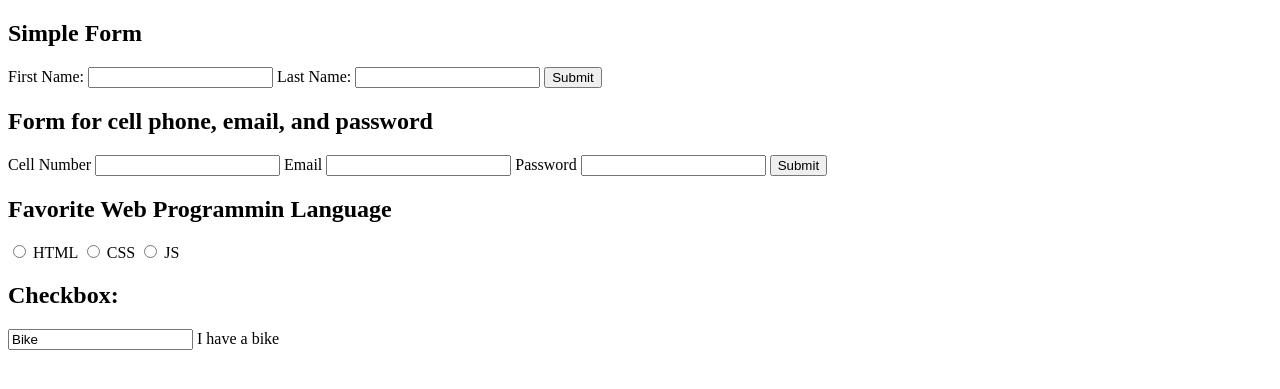
Repository: TheTroyPhillips/Block14
Page: Coursework/Block10/index.html
The author's editor kept a copy of each file at every save. The page is drawn from the files as they stood at one save, then again after a run of saves.
The browser window is 1280 px wide. The pictures show the whole page.

Above is the page before, as saved 2023-09-07 19:41:01.

After the next 2 saves:
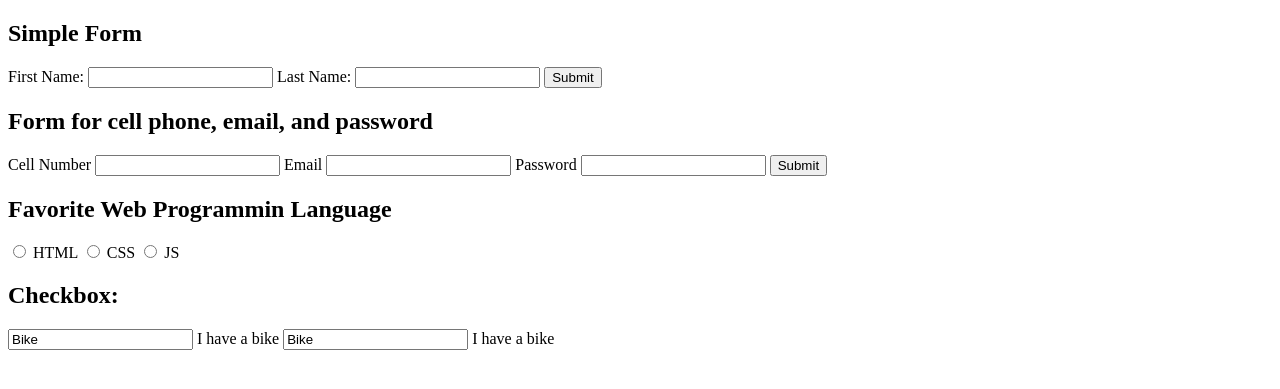
The 2 saves are shown as one change because they came seconds apart.
The last was saved 13 s later.
--- a/Coursework/Block10/index.html
+++ b/Coursework/Block10/index.html
@@ -45,7 +45,8 @@
         <form>
             <input type="" id="vehicle1" name="vehicle" value="Bike">
             <label for="vehicle1">I have a bike</label>
-
+            <input type="" id="vehicle2" name="vehicle" value="Bike">
+            <label for="vehicle1">I have a bike</label>
         </form>
     </article>
 </body>
